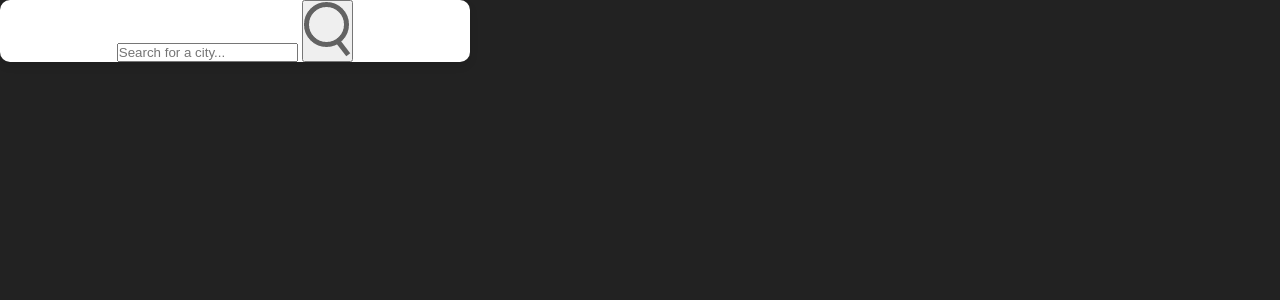
Repository: Abdelilah-Lakrim/Weather-App
Page: index.html
These files come from the project's save history. The page is drawn as it stood at one moment and after the next save; the edit follows.
The browser window is 1280 px wide. The pictures show the whole page.

Above is the page before, as saved 2025-06-17 11:01:25.

### index.html
<!DOCTYPE html>
<html>
<head>
    <meta charset="UTF-8" />
    <title>Weather App</title>
    <link rel="stylesheet" href="style.css" >
</head>
<body>

    <div class="card">
        <div class="search">
            <input type="text" placeholder="Search for a city..." spellcheck="false" />
            <button><img src="images/search.png"></button>
        </div>
    </div>

</body>
</html>

### style.css
*{
    margin: 0;
    padding: 0;
    font-family: 'Poppins', sans-serif;
    box-sizing: border-box;
}
body{
    background-color: #222;
    color: #333;
}
.card{
    width: 90%;
    max-width: 470px;
    background: linear-gradient();
    background-color: #fff;
    border-radius: 10px;
    box-shadow: 0 4px 8px rgba(0, 0, 0, 0.1);
    overflow: hidden;
    position: relative;
    text-align: center;
}

After the next save:
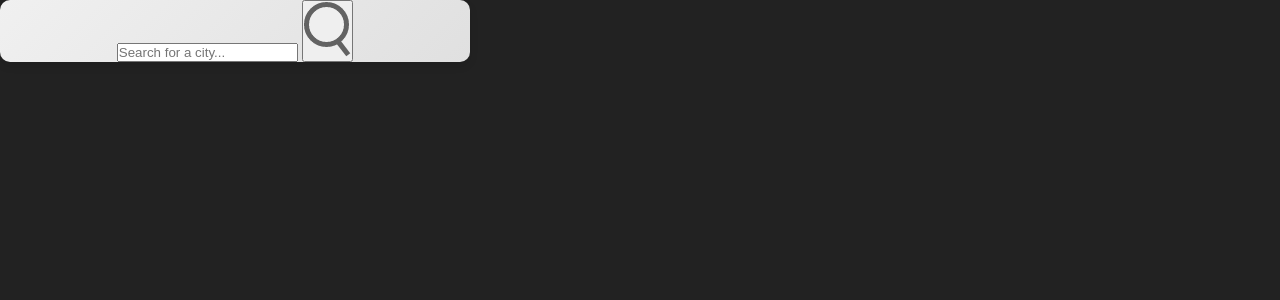
Saved 4 s later.
--- a/style.css
+++ b/style.css
@@ -11,7 +11,7 @@ body{
 .card{
     width: 90%;
     max-width: 470px;
-    background: linear-gradient();
+    background: linear-gradient(135deg, #f0f0f0, #e0e0e0);
     background-color: #fff;
     border-radius: 10px;
     box-shadow: 0 4px 8px rgba(0, 0, 0, 0.1);
